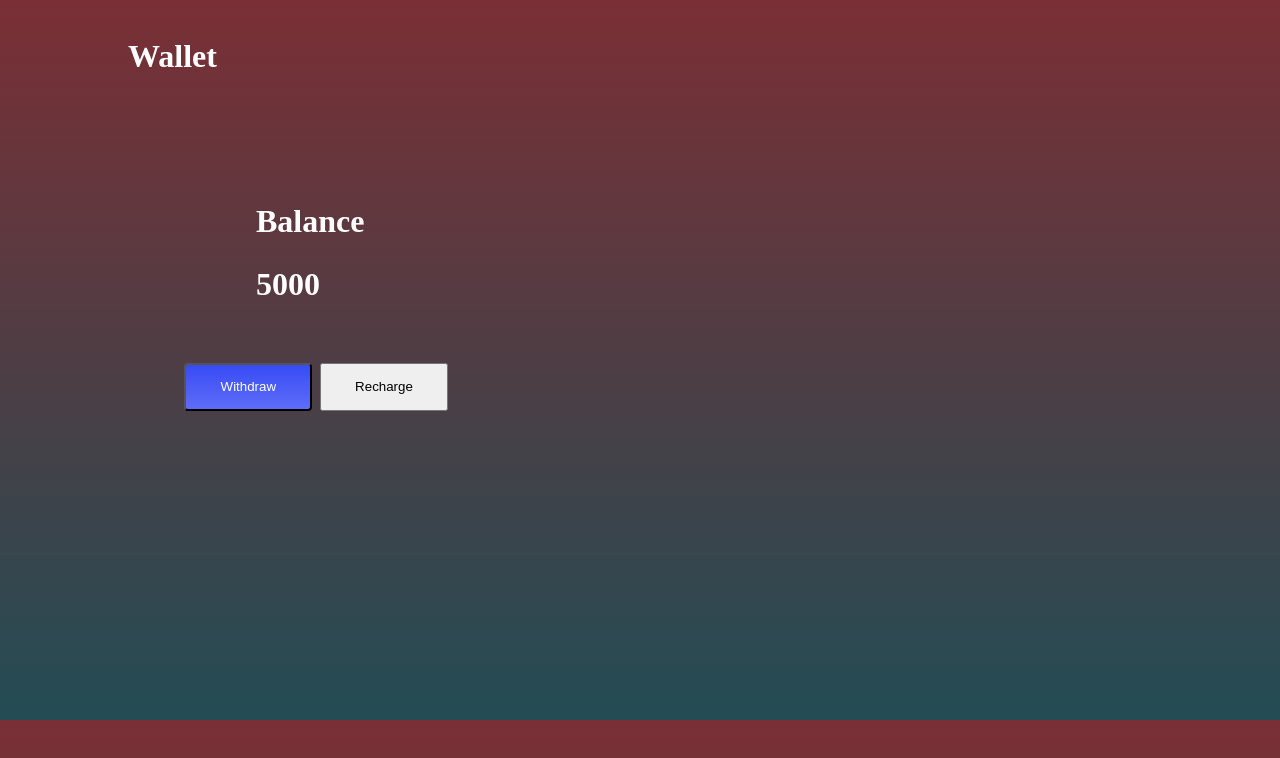
Repository: jagan607/N-Kalari
Page: /
The author's editor kept a copy of each file at every save. The page is drawn from the files as they stood at one save, then again after the next save.
The browser window is 1280 px wide. The pictures show the whole page.
The project was rebuilt for these pictures with package versions that can differ from the ones it lists, and the page was loaded fresh each time. Also part of the build but not shown: src/App.css, src/helpers/firebase.js, src/components/Login/Login.js.

Above is the page before, as saved 2022-01-07 17:42:39.

### src/index.css
body,
html,
.App,
#root,
.main {
  width: 100%;
  height:100%;
  scroll-behavior: smooth;

}
body{
    margin: 0;
    padding: 0;
    text-align: center;
    background-image: linear-gradient(#7A2F35, #234C54);
  }

### src/App.js
import logo from './logo.svg';
import './App.css';
import React, { Component } from "react"
import Login from './components/Login/Login'
import Wallet from './components/wallet/Wallet'
import {history} from './helpers/history'
import {Router, Route, Routes } from "react-router-dom";


class App extends Component {
  constructor(props) {
    super(props);
  }

  render() {
    return(
      <div>
        {/* <Login></Login> */}

        <Wallet></Wallet>

          {/* <Route exact path="/">
          </Route> */}
          {/* <Route exact path="/wallet">
            <Wallet/>
          </Route> */}
     </div>
    );
}
}

export default App;

### src/components/wallet/Wallet.js
import React, { Component } from "react"
import styles from './index.css';

class Wallet extends Component{
    constructor(props){
        super(props);


    }

    render(){
        return(
            <div>
            <div className="balance">
            <h1 className="heading">Wallet</h1>
            <h1 className="balance-heading">Balance </h1>
            <h1 className="balance-value">5000</h1>
            </div>
            <div className="buttons">
                <button className="withdraw">Withdraw</button>
                <button className="recharge">Recharge</button>

            </div>
            </div>

        )
    }
}
export default Wallet;

### src/components/wallet/index.css
.heading{
    color: white;
    text-align: left;
    margin-left: 10%;
    margin-top: 3%;
}

.balance-heading{
    color :white;
    text-align: left;
    margin-left: 20%;
    margin-top: 10%;
}

.balance-value{
    color :white;
    text-align: left;
    margin-left: 20%;
    margin-top: 2%;
}

.buttons{
    width: 30%;
    float: left;
    margin-left: 10%;
    margin-top: 3%;
}

.withdraw{
    margin-right: 2%;
    width: 8rem;
    height: 3rem;
    background-image: linear-gradient(#384BF5, #5E6DF8);
    border-radius: 4px;
    color: white;

}

.recharge{
    margin-right: 2%;
    width: 8rem;
    height: 3rem;
}

Loaded but not shown: public/index.html (common file); src/index.js (common file); src/reportWebVitals.js (common file); src/helpers/history.js (common file)

After the next save:
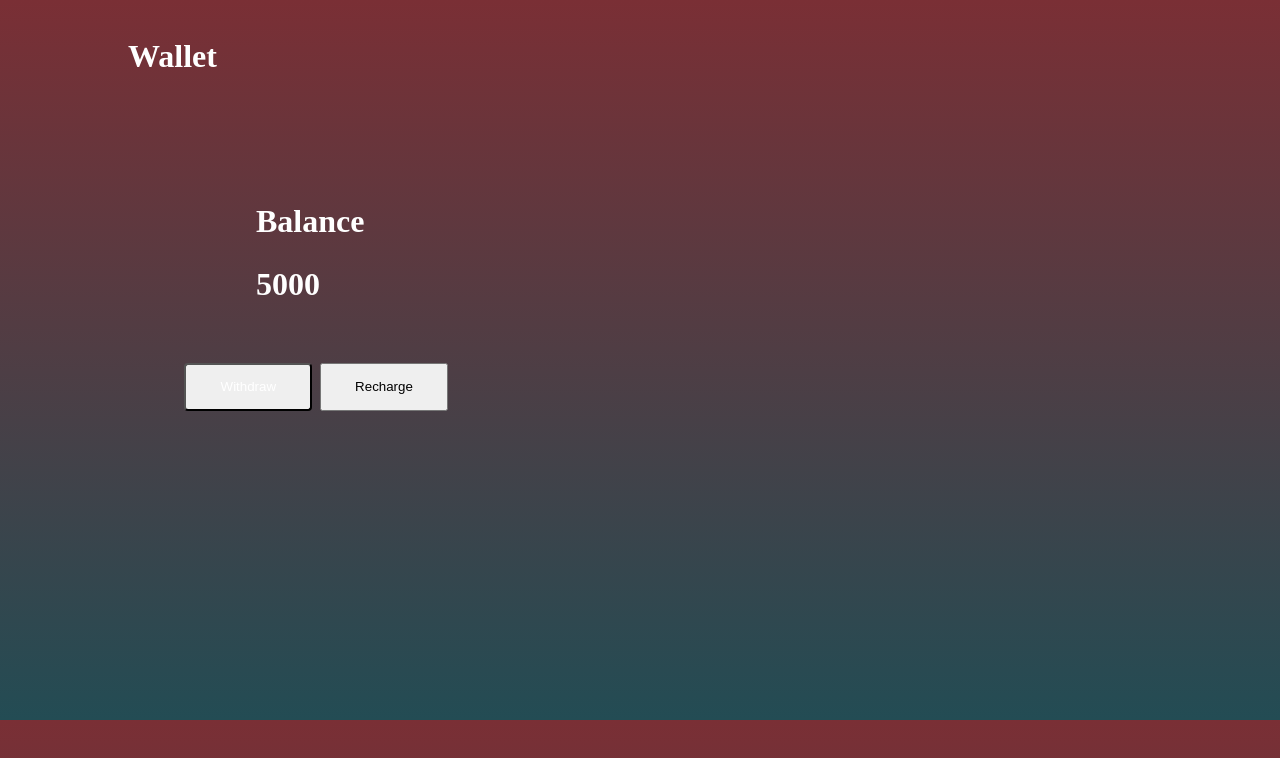
Saved 17 s later.
--- a/src/components/wallet/index.css
+++ b/src/components/wallet/index.css
@@ -30,7 +30,7 @@
     margin-right: 2%;
     width: 8rem;
     height: 3rem;
-    background-image: linear-gradient(#384BF5, #5E6DF8);
+    background-image: linear-gradient(#384BF5);
     border-radius: 4px;
     color: white;
 
